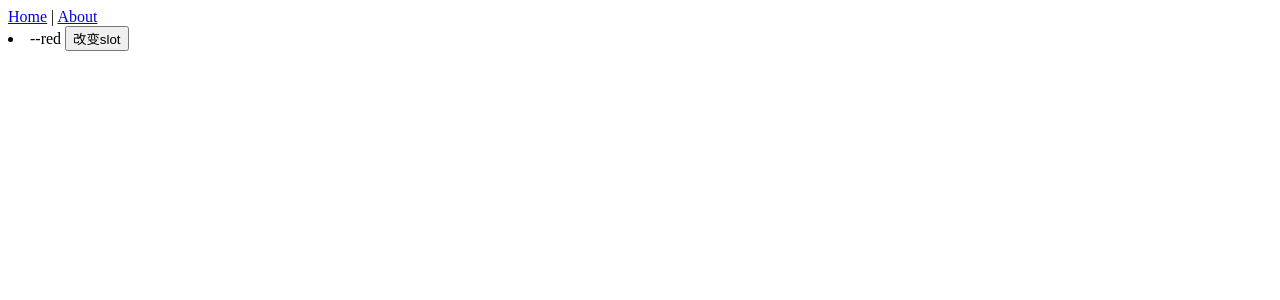
Repository: 572031690/newvue
Page: / (app in newdemo/)
These files come from the project's save history. The page is drawn as it stood at one moment and after the next save; the edit follows.
The browser window is 1280 px wide. The pictures show the whole page.
The project was rebuilt for these pictures with package versions that can differ from the ones it lists, and the page was loaded fresh each time. Also part of the build but not shown: newdemo/vue.config.js.

Above is the page before, as saved 2021-07-30 18:46:06.

### newdemo/src/App.vue
<template>
  <div id="app">
    <div id="nav">
      <router-link to="/">Home</router-link> |
      <router-link to="/about">About</router-link>
    </div>
    <router-view/>
  </div>
</template>

<style>

</style>

### newdemo/src/views/Home.vue
<template>
  <div class="home">
    <HelloWorld :color="dataColor">
      <!-- <div slot="app" slot-scope="user">slot--{{user.data}}</div> -->
       <template slot-scope="user">
        <div class="tmpl">
          <span v-for="item in user.data1">{{item}}</span>
        </div>
      </template>
    </HelloWorld>
  </div>
</template>

<script>
// @ is an alias to /src
import HelloWorld from '@/components/HelloWorld.vue'

export default {

  name: 'Home',
  components: {
    HelloWorld
  },
  data(){
    return {
      dataColor:'red',
      p:'123',
    slotName:'dddddd'

    }
  },
  mounted () {
  }
}
</script>

### newdemo/src/components/HelloWorld.vue
<template>
  <div class="hello">
    <li>
        --{{$attrs.color}}
        <slot name="app" :data="data1"></slot>
        <button @click="changeSlot">改变slot</button>
        <!-- // 作用域插槽 -->
        <!-- <slot :data="data"></slot> -->
    </li>
  </div>
</template>

<script>
export default {
  name: 'HelloWorld',
  props: {
    msg: String,
    slotName:'dddddd',

  },
  methods: {
    changeSlot() {console.log('123');}

  },
  data() {
    return {
      data1: ['zhangsan','lisi','wanwu','zhaoliu','tianqi','xiaoba']
    }
  }
}
</script>

<style scoped>

</style>

Loaded but not shown: newdemo/public/index.html (common file); newdemo/src/main.js (common file); newdemo/src/router/index.js (common file); newdemo/src/store/index.js (common file)

After the next save:
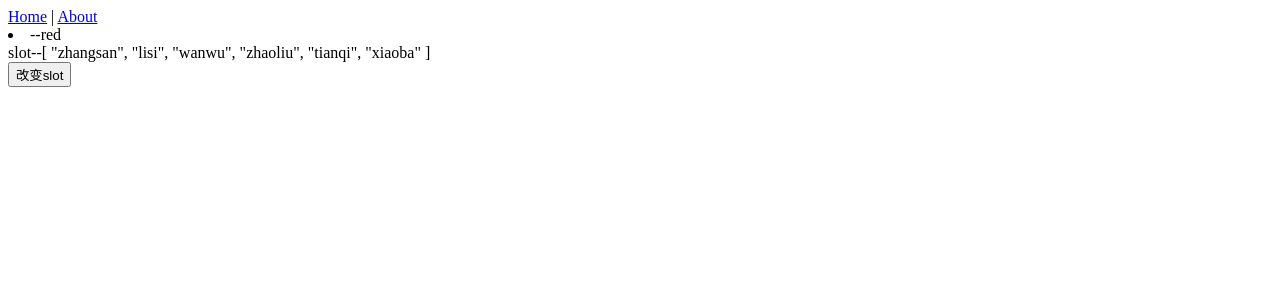
Saved 32 s later.
--- a/newdemo/src/views/Home.vue
+++ b/newdemo/src/views/Home.vue
@@ -1,12 +1,12 @@
 <template>
   <div class="home">
     <HelloWorld :color="dataColor">
-      <!-- <div slot="app" slot-scope="user">slot--{{user.data}}</div> -->
-       <template slot-scope="user">
+      <div slot="app" slot-scope="user">slot--{{user.data}}</div>
+       <!-- <template slot-scope="user">
         <div class="tmpl">
-          <span v-for="item in user.data1">{{item}}</span>
+          <span v-for="item in user.data">{{item}}</span>
         </div>
-      </template>
+      </template> -->
     </HelloWorld>
   </div>
 </template>
